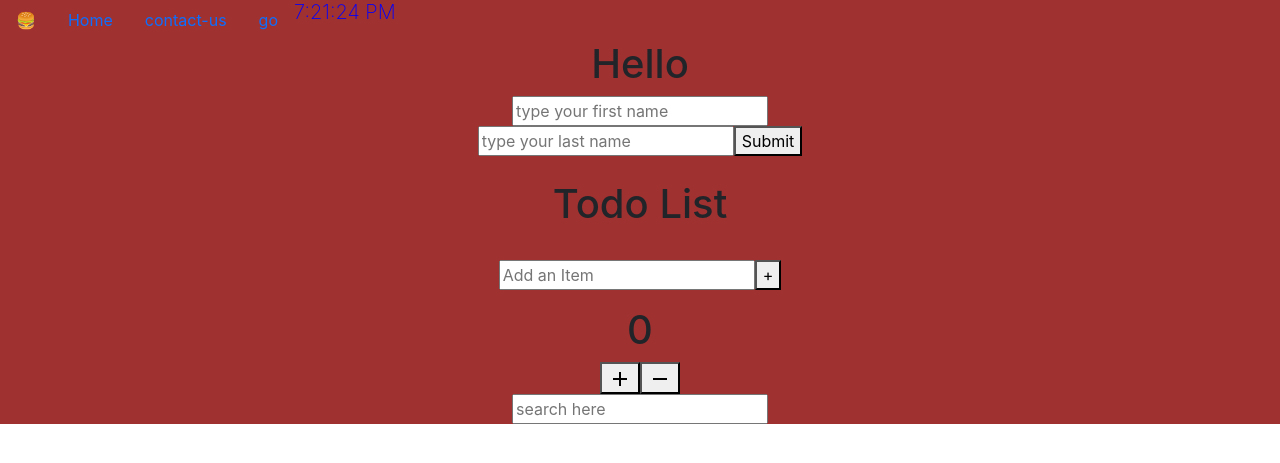
Repository: shah-zx/React-learning
Page: /
These files come from the project's save history. The page is drawn as it stood at one moment and after a run of saves; the edit follows.
The browser window is 1280 px wide. The pictures show the whole page.
Some web libraries are served in a nearby version. The project was rebuilt for these pictures with package versions that can differ from the ones it lists, and the page was loaded fresh each time. Also part of the build but not shown: src/components/Greet.js, src/components/Welcome.js, src/components/Swagat.js, src/components/Namaste.js, src/components/Hello.js, src/components/ayiye.js, src/components/Message.js, src/components/Thought.js and 52 more. Imported but missing from the stored project, and not drawn on this page: src/components/Indexaskeyantipattern.

Above is the page before, as saved 2021-11-21 23:10:41.

### public/index.html
<!DOCTYPE html>
<html lang="en">
  <head>
    <meta charset="utf-8" />
    <link rel="icon" href="%PUBLIC_URL%/favicon.ico" />
    <meta name="viewport" content="width=device-width, initial-scale=1" />
    <meta name="theme-color" content="#000000" />
    <meta
      name="description"
      content="Textutility is a text based utility whuc can be used to manipulate your text in way you want"
    />
    <link rel="stylesheet" href="https://pro.fontawesome.com/releases/v5.10.0/css/all.css" integrity="sha384-AYmEC3Yw5cVb3ZcuHtOA93w35dYTsvhLPVnYs9eStHfGJvOvKxVfELGroGkvsg+p" crossorigin="anonymous"/>
    <link rel="apple-touch-icon" href="%PUBLIC_URL%/logo192.png" />
    <!--
      manifest.json provides metadata used when your web app is installed on a
      user's mobile device or desktop. See https://developers.google.com/web/fundamentals/web-app-manifest/
    -->
    <link rel="manifest" href="%PUBLIC_URL%/manifest.json" />
    <!--Bootstrap CSS-->
    <link href="https://cdn.jsdelivr.net/npm/bootstrap@5.1.3/dist/css/bootstrap.min.css" rel="stylesheet" integrity="sha384-1BmE4kWBq78iYhFldvKuhfTAU6auU8tT94WrHftjDbrCEXSU1oBoqyl2QvZ6jIW3" crossorigin="anonymous">
    <!--
      Notice the use of %PUBLIC_URL% in the tags above.
      It will be replaced with the URL of the `public` folder during the build.
      Only files inside the `public` folder can be referenced from the HTML.

      Unlike "/favicon.ico" or "favicon.ico", "%PUBLIC_URL%/favicon.ico" will
      work correctly both with client-side routing and a non-root public URL.
      Learn how to configure a non-root public URL by running `npm run build`.
    -->
    <title>Infuzex</title>
  </head>
  <body>
    <noscript>You need to enable JavaScript to run this app.</noscript>
    <div id="root"></div>
    <div id="portal-root"></div>

    <!--
      This HTML file is a template.
      If you open it directly in the browser, you will see an empty page.

      You can add webfonts, meta tags, or analytics to this file.
      The build step will place the bundled scripts into the <body> tag.

      To begin the development, run `npm start` or `yarn start`.
      To create a production bundle, use `npm run build` or `yarn build`.
    -->
    <!--Bootstrap JS-->
  <script src="https://cdn.jsdelivr.net/npm/bootstrap@5.1.3/dist/js/bootstrap.bundle.min.js" integrity="sha384-ka7Sk0Gln4gmtz2MlQnikT1wXgYsOg+OMhuP+IlRH9sENBO0LRn5q+8nbTov4+1p" crossorigin="anonymous"></script>
 </body>
</html>

### src/App.js
import logo from './logo.svg';
import './App.css';
import React, { useState } from 'react';
import Greet from './components/Greet'
import Welcome from './components/Welcome'
import Swagat from './components/Swagat'
import Namaste from './components/Namaste'
import Hello from './components/Hello'
import Ayiye from './components/ayiye';
import Message from './components/Message'
import Thought from './components/Thought'
import Counter from './components/Counter'
import Functionalclick from './components/Functionalclick'
import Eventbind from './components/Eventbind'
import ParentComponent from './components/ParentComponent';
import CoditionalRendering from './components/CoditionalRendering';
import Namelist from './components/Namelist';
import Indexaskeyantipattern from './components/Indexaskeyantipattern'
import Stylesheet from './components/Stylesheet'
import Inline from './components/Inline'
import './appStyles.css'
import styles from './appStyles.module.css'
import Form from './components/Form';
import Fragments from './components/Fragments';
import Tables from './components/Tables';
import Columns from './components/Columns';
import Purecomponents from './components/Purecomponents'
import Parentcomp from './components/Parentcomp';
import MemoComp from './components/MemoComp'
import RefsDemo from './components/RefsDemo';
import Focusinput from './components/Focusinput'
import FRparentinput from './components/FRparentinput';
import Portaldemo from './components/Portaldemo'
import Practice1 from './components/Practice1';
import Practice2 from './components/Practice2';
import Clickcounter from './components/Clickcounter';
import HoverCount from './components/HoverCount'
import Componentone from './components/Componentone'
import ClickcounterTwo from './components/ClickcounterTwo';
import HovercounterTwo from './components/HovercounterTwo'
import Hovering from './components/Hovering';
import User from './components/User'
import Counterforcountandhover from './components/Counterforcountandhover';
import Navbar from './components/Navbar';
import TextForm from './components/TextForm';
import About from './components/About';
import Alert from './components/Alert';
import {
  BrowserRouter as Router,
  Switch,
  Route,
  Link

} from "react-router-dom";
import One from './practice_components/One';
import Alert_pr from './practice_components/Alert_pr';
import Footer from './components/Footer';
import Textarea from './practice_components/Textarea';
import NotesState from '../src/context/notes/NotesState'
import Hooks from './practice_components/Hooks';
import Time from './practice_components/Time';
import Dclock from './practice_components/Dclock';
import Handlingevents from './practice_components/Handlingevents'
import Forms from './practice_components/Forms';
import Login from './practice_components/Login';
import Todo from './practice_components/Todo'
import Count from './components/Count';
import CountA from '../src/contextApi/CountA'
import CountC from '../src/contextApi/CountC'
import Search from './practice_components/Search';
function App() {
  // const [darkMode , setDarkMode] = useState(false)  // Wether dark mode is enabled or disabled //
  const [alert, setAlert] = useState(null);  // This is used for setting the state //
  const showAlert = (message, type) => {    // This is for showing the alert

    setAlert({
      msg: message,
      type: type
    })
    setTimeout(() => {  // This will help us to fade out the text message after 2 seconds //
      setAlert(null);
    }, 2000);
  }

  return (
    <>
    <NotesState>
      <Router>

        <div className="App">
          {

            <Navbar title= "🍔" Abouttext="Home" cont="contact-us" hello="go" />
       // Passing the props //
      /*      <Greet name = "hamza" heroName = "Batman"/>
      {/* <Greet name = ""  <Greet name = "shahnawaz" superName = "Superman"/>
      <Greet name = "rahul" wonderName = "women"/>

      {/*<Welcome />
      <Swagat />
      <Namaste />
      <Hello />
      <Ayiye naam="shahnawaz" elder="Brother" />
      <Ayiye naam="hamza" younger="Brother" /> */}
          {/* <Greet name="shahnawaz" heroName="Batman" /> */}
          {/* <Greet /> */}
          {/* <Welcome name="Hamza" heroName="Superman" /> */}
          {/* <Message />
      <Thought />
      <Counter /> */}
          {/* <ParentComponent /> */}
          {/* <Functionalclick /> */}
          {/* <Eventbind /> */}
          {/* <CoditionalRendering /> */}
          {/* <Namelist />  */}
          {/* <Indexaskeyantipattern /> */}
          {/* <Stylesheet primary = {true} />
      <Inline />
      <h1 className='error'>Error</h1>
      <h1 className={styles.success}>Success</h1>
      <Form /> */}
          {/* <Purecomponents /> */}
          {/* <Fragments /> */}
          {/* <Tables /> */}
          {/* <Parentcomp /> */}
          {/* <MemoComp /> */}
          {/* <Practice1 naam="romeo" herokanaam="billu" /> */}
          {/* <Hello />
      <RefsDemo />
      <Focusinput />
      <FRparentinput />
      <Portaldemo /> */}
          {/* <Practice2 /> */}
          {/* <Clickcounter /> */}
          {/* <HoverCount /> */}
          {/* <Componentone /> */}
          {/* <ClickcounterTwo /> */}
          {/* <HovercounterTwo /> */}
          {/* <Hovering /> */}
          {/* <User render={(isLoggedIn) => isLoggedIn ? 'Rendered' : 'Guest'} />   */}
          {/* <Counterforcountandhover render = {(count , incrementCount) => <ClickcounterTwo count = {count} incrementCount = {incrementCount}/> }/> */}
          {/* <Counterforcountandhover render = {(count , incrementCount) => <Hovering count = {count} incrementCount = {incrementCount}/> }/> */}
          {/* <Hooks/>
          <Time /> */}
          {/* <CountA/> */}
          {/* <CountA/> */}
          {/* <Forms/>? */}
          {/* <Handlingevents /> */}
          <Login />
          <Todo />
          <Count />
          <Alert alert={alert} />
          <Search/>
          {/* <div className="alert">
            <Alert_pr showAlert={showAlert} />
          </div>
          <div classname="greet">
            <Greet />
          </div>
          <div className="container my-3" >
            <Switch>
              <Route path="/about">
                <About />
                {/* <Ayiye/> */}
              {/* </Route>
              <Route path="/">
                <TextForm showAlert={showAlert} heading="Enter the text to see :" />
                <div className="txt">
                  <Textarea st="checkbox"/>
                </div>
                <div className="red_card">
                  <One />
                  <div className="container">
                    <Footer heading = "Footer" link1 = "Facebook" ls = "Twitter" oneLink = "Instagram" secLink = "LinkedIn"/>
                  </div>
                </div>
              </Route>
            </Switch>
            {/* <About /> */}
          </div>
          {/* <About /> */}
        {/* </div> */}

      </Router>
    </NotesState>
    </>
  );
}

export default App;  // This is the place where we have exported our App //

// Functional components : takes properties ( a js function takes the props and returns the jsx code --> HTML code )
// As soon as we import the Greet Component we have to import it to our main App.js and use it as an html tag
// Class components : They can also recieve input as props and retun html code
// It can maintain some data private to that component
// The user component will make sure the user is logged in or not

### src/App.css
.App {
  text-align: center;
  background-color: rgb(160, 49, 49);
}

.App-logo {
  height: 40vmin;
  pointer-events: none;
}

@media (prefers-reduced-motion: no-preference) {
  .App-logo {
    animation: App-logo-spin infinite 20s linear;
  }
}

.App-header {
  background-color: #282c34;
  min-height: 100vh;
  display: flex;
  flex-direction: column;
  align-items: center;
  justify-content: center;
  font-size: calc(10px + 2vmin);
  color: white;
}

.App-link {
  color: #61dafb;
}

@keyframes App-logo-spin {
  from {
    transform: rotate(0deg);
  }
  to {
    transform: rotate(360deg);
  }
}

/*
.red_card {
  display: flex;
  flex-wrap: wrap;
} */

.container {
  margin-top: 2em;
}
.time{
  font-weight: 200;
}

### src/components/Navbar.js
// Here we are making a navbar component //

import React from 'react'
import PropTypes from 'prop-types' // Importing the proptypes from props //
import {Link} from 'react-router-dom' // Importing the Link  , thing to remember : exporting not as DEFAULT //
import Dclock from '../practice_components/Dclock'
export default function Navbar(props) {

    return (
      <>
        <ul className="nav">
        <li className="nav-item">
          <Link className="nav-link active" aria-current="page" to="/">{props.title}</Link>
        </li>
        <li className="nav-item">
          <Link className="nav-link" to="about">{props.Abouttext}</Link>
        </li>
        <li className="nav-item">
          <Link className="nav-link" to="/">{props.cont}</Link>
        </li>
        <li className="nav-item">
          <a className="nav-link">{props.hello}</a>
        </li>
        <li>
      <Dclock/>
        </li>
      </ul>
      </>
    )
}
Navbar.propTypes = {      // These are our navbar properties //
                      title : PropTypes.string.isRequired ,
                      Abouttext : PropTypes.string
                   }

Navbar.defaultProps = {title : 'set title here' ,
                        Abouttext : 'set abouttext here'
                    }

### src/context/notes/NotesState.js
import react, { useState } from 'react';
import noteContext from './noteContext'

const NotesState = (props) => {
    const s1 = {
        "name": "Shahnawaz",
        "class": "5a"
    }
    const [state, setState] = useState(s1)
    const update = () => {
        setTimeout(() => {
            setState({
                "name": "hamza",
                "class": "12a"
            })
        }, 3000);
    }
    return (
        <noteContext.Provider value={{ state, update }}>
            {props.children}
        </noteContext.Provider>


    )
}

export default NotesState;

### src/practice_components/Dclock.jsx
import React , {useState} from 'react'

function Dclock() {

   let time = new Date().toLocaleTimeString();

   const[ctime , setTime] = useState(time)

   const updateTime = () => {
      let newtime = new Date().toLocaleTimeString();
      setTime(newtime)
   }

   setInterval(updateTime,1000) // This function will take a call back function and the interval after which the event will take place

    return (
        <>
            <h3 className = "time" style={{color : "blue" , fontSize : "20px"}}>{ctime}</h3>
        </>
    )
}

export default Dclock

### src/practice_components/Login.jsx
import React, { useState } from 'react'

function Login() {

  const [name, setName] = useState("")

  const [lastName, setLastName] = useState("");

  const [fullName, setfullName] = useState("")

  const [lastNamenew , setlastNamenew] = useState("")

  const onSubmits = (event) => {
    event.preventDefault();  // This will help in preventing the default behaviour of the form
    setfullName(name)
    setlastNamenew(lastName)
  }

  const handleThat = (event) => {
    setName(event.target.value);
  }

  const handleThattwo = (event) => {
    setLastName(event.target.value)
  }

  return (
    <>
      <div className="main_div">
        <form onSubmit={onSubmits}>
          <h1>Hello {fullName} {lastNamenew}</h1>
          <input
            onChange={handleThat}
            type="text"
            placeholder="type your first name"
            value={name}>
          </input>
          <br/>
          <input
          type = "text"
          onChange = {handleThattwo}
          placeholder = "type your last name"
          value = {lastName}>
          </input>
          <button type="submit">Submit</button>
        </form>
      </div>
    </>
  )
}

export default Login

### src/practice_components/Todo.js
import React ,{useState} from 'react'
import Todolist from './Todolist'

function App() {


    const [liText , setliText] = useState("")
    const [lists , setList] = useState([])

    const deleteItems = (id) => {
        console.log("deleted")
        setList((lists) => {
            return lists.filter((arrElem , index) => {
             return index !== id
            })
        })
    }

    const handleChange = (event) => {

        // console.log(event.target.value)
        setliText(event.target.value)
    }
    const handleClick = (event) => {
        setList([...lists , liText])   // Here we are providing the array with the strings (i.e , lists is the arrayand litext is the item)
        setliText(event.target.value)
    }

    return (
        <div className="main_div">
        <div className="center_div">
            <br />
            <h1>Todo List</h1>
            <br />
            <input type="text" className="" placeholder = "Add an Item" onChange={handleChange}/>
            <button onClick = {handleClick}> + </button>
            <ol>
            {lists.map((li , index) => {
               return <Todolist
               key = {index}
               id = {index}
               text = {li}
               onSelect = {deleteItems}
               />
            })}
            </ol>
        </div>

        </div>
    )
}

export default App

### src/components/Count.js
import React, { useState } from 'react'
import AddIcon from '@mui/icons-material/Add';
import RemoveIcon from '@mui/icons-material/Remove';
function Count() {


    // let count = 0;

    const [count, setCount] = useState(0)

    const handleClick = () => {
        console.log("Increased")
        setCount(count + 1)
    }

    const handleClick2 = () => {
        console.log("decreased")
        setCount(count - 1)
    }



    return (
        <div>
            <h1>{count}</h1>
            <button onClick={handleClick}>
            <AddIcon />
            </button>
            <button onClick={handleClick2}>
            <RemoveIcon />
            </button>
        </div>
    )
}

export default Count

### src/practice_components/Search.jsx
import React  , {useState} from 'react'

function Search() {
    const array = ["bhindi" , "pyaaz" , "aloo" , "tamatar" , "shimlamirch" , "cauliflwoer" , "carrot" , "begun" , "palak"]

    const [text , setText] = useState("")
    const handleThat = (event) => {
        console.log(event.target.value)
    }

    return (
        <div>
            <input onChange = {handleThat} type="text" placeholder = "search here "/>
        </div>
    )
}

export default Search

### src/context/notes/noteContext.js
import { createContext } from "react";
const noteContext = createContext();   // Here we craeted a new context which will hold our states


export default noteContext;


// Here we have formed the context API

Loaded but not shown: src/index.js (common file); src/index.css (common file); src/reportWebVitals.js (common file)

After the next 2 saves:
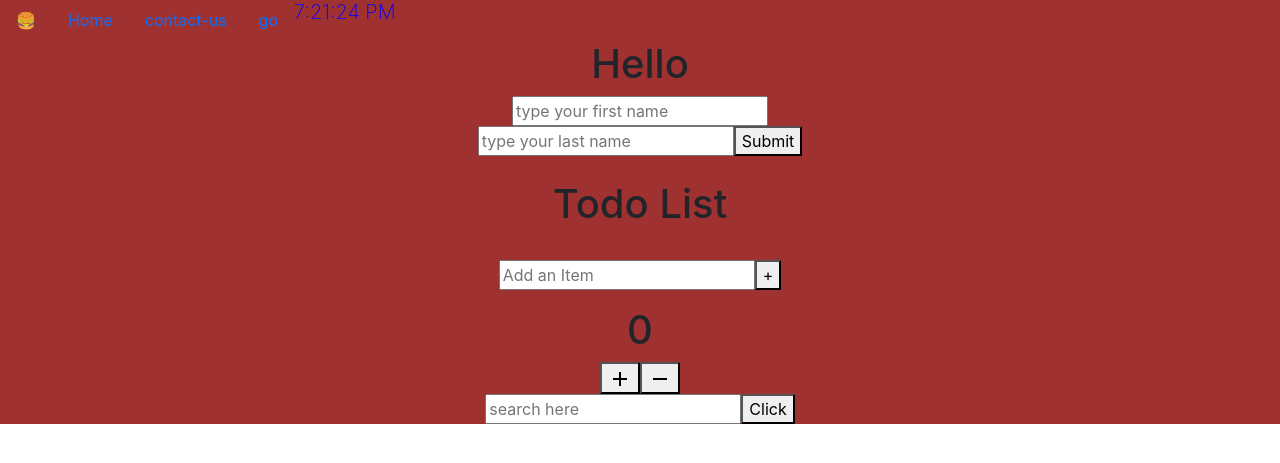
The 2 saves are shown as one change because they came seconds apart.
The last was saved 115 s later.
--- a/src/practice_components/Search.jsx
+++ b/src/practice_components/Search.jsx
@@ -11,6 +11,7 @@ function Search() {
     return (
         <div>
             <input onChange = {handleThat} type="text" placeholder = "search here "/>
+            <button>Click</button>
         </div>
     )
 }
